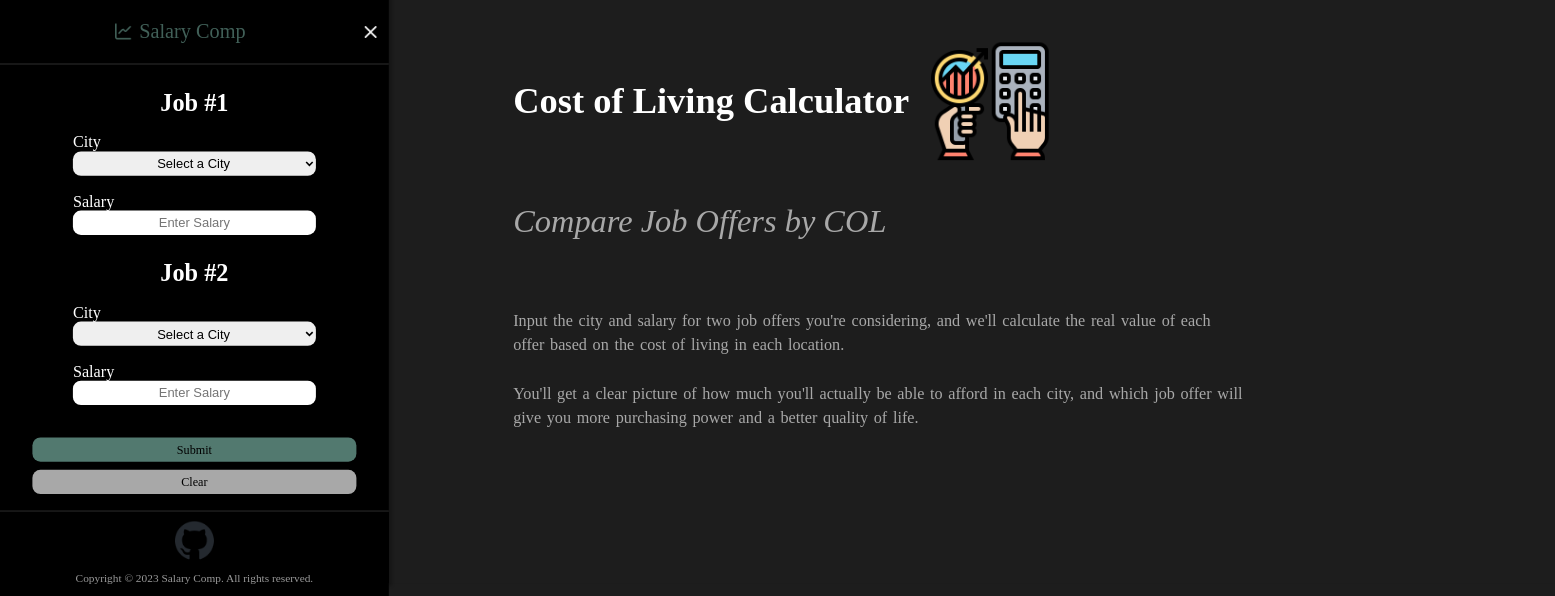
Repository: robbymcd/Salary-Comp
Page: /
These files come from the project's save history. The page is drawn as it stood at one moment and after the next save; the edit follows.
The browser window is 1920 px wide. The pictures show the whole page, at 81% of full size.
Some web fonts or font styles are not loaded; a fallback is used. The project was rebuilt for these pictures with package versions that can differ from the ones it lists, and the page was loaded fresh each time. Also part of the build but not shown: src/Main.css, src/Main.js.

Above is the page before, as saved 2023-06-16 11:11:14.

### public/index.html
<!DOCTYPE html>
<html lang="en">
  <head>
    <meta charset="utf-8" />
    <link rel="icon" href="%PUBLIC_URL%/favicon.ico" />
    <meta name="viewport" content="width=device-width, initial-scale=1" />
    <meta name="theme-color" content="#000000" />
    <meta
      name="description"
      content="Compare Job Offers by COL"
    />
    <link rel="apple-touch-icon" href="%PUBLIC_URL%/logo192.png" />
    <!--
      manifest.json provides metadata used when your web app is installed on a
      user's mobile device or desktop. See https://developers.google.com/web/fundamentals/web-app-manifest/
    -->
    <link rel="manifest" href="%PUBLIC_URL%/manifest.json" />
    <!--
      Notice the use of %PUBLIC_URL% in the tags above.
      It will be replaced with the URL of the `public` folder during the build.
      Only files inside the `public` folder can be referenced from the HTML.

      Unlike "/favicon.ico" or "favicon.ico", "%PUBLIC_URL%/favicon.ico" will
      work correctly both with client-side routing and a non-root public URL.
      Learn how to configure a non-root public URL by running `npm run build`.
    -->
    <title>Salary Comp</title>
  </head>
  <body>
    <noscript>You need to enable JavaScript to run this app.</noscript>
    <div id="root"></div>
    <!--
      This HTML file is a template.
      If you open it directly in the browser, you will see an empty page.

      You can add webfonts, meta tags, or analytics to this file.
      The build step will place the bundled scripts into the <body> tag.

      To begin the development, run `npm start` or `yarn start`.
      To create a production bundle, use `npm run build` or `yarn build`.
    -->
  </body>
</html>

### src/index.css
body {
  margin: 0;
  font-family: -apple-system, BlinkMacSystemFont, 'Segoe UI', 'Roboto', 'Oxygen',
    'Ubuntu', 'Cantarell', 'Fira Sans', 'Droid Sans', 'Helvetica Neue',
    sans-serif;
  -webkit-font-smoothing: antialiased;
  -moz-osx-font-smoothing: grayscale;
  height: 100%;
  width: 100%;
}

html {
  height: 100%;
  width: 100%;
  background-color: #1D1D1D;
}

code {
  font-family: source-code-pro, Menlo, Monaco, Consolas, 'Courier New',
    monospace;
}

### src/App.js
import React, { useState } from 'react';
import './App.css';
import Sidebar from './Sidebar.js';
import Content from './Content.js';

function App() {
  const [isSubmitted, setIsSubmitted] = useState(false);
  const [cityCOL1, setCityCOL1] = useState('');
  const [cityCOL2, setCityCOL2] = useState('');
  const [cityName1, setCityName1] = useState('');
  const [cityName2, setCityName2] = useState('');
  const [salary1, setSalary1] = useState('');
  const [salary2, setSalary2] = useState('');

  const handleFormSubmit = (formData) => {
    setIsSubmitted(true);
    setCityCOL1(formData.cityCOL1);
    setCityCOL2(formData.cityCOL2);
    setCityName1(formData.cityName1);
    setCityName2(formData.cityName2);
    setSalary1(formData.salary1);
    setSalary2(formData.salary2);
  };

  return (
    <div className="main">
        <Sidebar onFormSubmit={handleFormSubmit}/>
        <Content isSubmitted={isSubmitted} cityCOL1={cityCOL1} cityCOL2={cityCOL2} cityName1={cityName1} cityName2={cityName2} salary1={salary1} salary2={salary2} />
    </div>
  );
}

export default App;

### src/App.css
.main {
    display: flex;
    flex-direction: row;
    height: 200%;
    width: 100%;
    background-color: #1D1D1D;
}

### src/Sidebar.js
import React, { useState, useRef } from 'react';
import plus from './plus.png';
import './Sidebar.css';
import chart from './chart.png';
import github from './github.png';
import x from './x.png';
import './OpenSidebar.css';
import './Select.css';

export default function Sidebar( { onFormSubmit } ) {
    const [isOpen, setIsOpen] = useState(true);
    const [isClosed, setIsClosed] = useState(false);

    const [city1, setCity1] = useState('0');
    const [city2, setCity2] = useState('0');

    const [salary1, setSalary1] = useState('');
    const [salary2, setSalary2] = useState('');


    const [error, setError] = useState(false);

    const selectRef1 = useRef(null);
    const selectRef2 = useRef(null);

    const formatSalary = (salary) => {
        salary = salary.replace(/[^0-9]/g, '');

        // Convert the salary to a number and format it with commas
        const formattedSalary = Number(salary).toLocaleString();

        // Add the '$' symbol
        return '$' + formattedSalary;
    }

    const openSidebar = () => {
        setIsOpen(true);
        setIsClosed(false);
    }

    const closeSidebar = () => {
        setIsOpen(false);
        setIsClosed(true);
    }

    const city1ChangeHandler = (event) => {
        setCity1(event.target.value)
    }

    const city2ChangeHandler = (event) => {
        setCity2(event.target.value);
    }


    const salary1ChangeHandler = (event) => {
        const inputValue = event.target.value;
        const formattedValue = formatSalary(inputValue);
        const regex = /\d/;

        if (regex.test(formattedValue[formattedValue.length - 1])) {
          setSalary1(formattedValue);
        } else {
            setSalary1(formattedValue.slice(0, formattedValue.length - 1));
        }
      }


    const salary2ChangeHandler = (event) => {
        const inputValue = event.target.value;
        const formattedValue = formatSalary(inputValue);
        const regex = /\d/;
        if (regex.test(formattedValue[formattedValue.length - 1])) {
            setSalary2(formattedValue);
        } else {
            setSalary2(formattedValue.slice(0, formattedValue.length - 1));
        }
    }

    const refresh = () => {
        window.location.reload(false);
    }

    const submitHandler = (event) => {
        event.preventDefault();
        if (city1 === '0' | city2 === '0' | salary1 === '' | salary2 === '') {
            setError(true);
            return;
        }
        setError(false);
        const formData = {
            cityCOL1: city1,
            cityCOL2: city2,
            cityName1: selectRef1.current.options[selectRef1.current.selectedIndex].text,
            cityName2: selectRef2.current.options[selectRef2.current.selectedIndex].text,
            salary1: salary1,
            salary2: salary2
        };
        onFormSubmit(formData);
    }

    const clearHandler = (event) => {
        event.preventDefault();
        setError(false);
        setCity1('0');
        setCity2('0');
        setSalary1('');
        setSalary2('');
    }

    return (
        <div className="sidebar">
            {isClosed && (
                <div className='closed-sidebar'>
                <img
                    className="plusIcon"
                    src={plus}
                    alt="plus"
                    onClick={openSidebar}
                />
            </div>
            )}
            {isOpen && (
                <div className='open-sidebar'>
                <div className='sidebar-header'>
                    <div className='logo' onClick={refresh}>
                        <img className='chart' src={chart} alt='Chart'></img>
                        <p>Salary Comp</p>
                    </div>
                    <img className='x' src={x} alt='x' onClick={closeSidebar}></img>
                </div>
                <form className='form' onSubmit={onFormSubmit}>
                    <h1>Job #1</h1>
                    <div className='city'>
                        <label>City</label>
                        <div className="select-main">
                            <select ref={selectRef1} value={city1} className='select-input' onChange={city1ChangeHandler}>
                                <option value='0'>Select a City</option>
                                <option value='89.1'>Abilene, TX</option>
                                <option value='90.5'>Adrian, MI</option>
                                <option value='89.4'>Akron, OH</option>
                                <option value='85.8'>Alamogordo, NM</option>
                                <option value='87.3'>Albany, GA</option>
                                <option value='105.4'>Albany, OR</option>
                                <option value='100.1'>Albany, NY</option>
                                <option value='90.9'>Albertville, AL</option>
                                <option value='92.9'>Albuquerque, NM</option>
                                <option value='86.2'>Alexandria, LA</option>
                                <option value='98.9'>Allentown, PA</option>
                                <option value='90.8'>Altoona, PA</option>
                                <option value='88.2'>Amarillo, TX</option>
                                <option value='91.5'>Ames, IA</option>
                                <option value='110.7'>Anchorage, AK</option>
                                <option value='99.3'>Ann Arbor, MI</option>
                                <option value='85.7'>Anniston, AL</option>
                                <option value='90.7'>Appleton, WI</option>
                                <option value='103.3'>Asheville, NC</option>
                                <option value='87.4'>Ashtabula, OH</option>
                                <option value='88.5'>Athens, OH</option>
                                <option value='92.9'>Athens, TX</option>
                                <option value='95'>Athens, GA</option>
                                <option value='100.3'>Atlanta, GA</option>
                                <option value='102'>Atlantic City, NJ</option>
                                <option value='93.7'>Auburn, NY</option>
                                <option value='91.9'>Auburn, AL</option>
                                <option value='91.6'>Augusta, GA</option>
                                <option value='100'>Augusta, ME</option>
                                <option value='106.6'>Austin, TX</option>
                                <option value='102.9'>Bakersfield, CA</option>
                                <option value='107'>Baltimore, MD</option>
                            </select>
                        </div>
                    </div>
                    <div className='salary'>
                        <label>Salary</label>
                        <input className='salary-input' type='text' placeholder='Enter Salary' onChange={salary1ChangeHandler} value={salary1}></input>
                    </div>
                    <h1>Job #2</h1>
                    <div className='city'>
                        <label>City</label>
                        <div className="select-main">
                            <select ref={selectRef2} value={city2} className='select-input' onChange={city2ChangeHandler}>
                                <option value='0'>Select a City</option>
                                <option value='89.1'>Abilene, TX</option>
                                <option value='90.5'>Adrian, MI</option>
                                <option value='89.4'>Akron, OH</option>
                                <option value='85.8'>Alamogordo, NM</option>
                                <option value='87.3'>Albany, GA</option>
                                <option value='105.4'>Albany, OR</option>
                                <option value='100.1'>Albany, NY</option>
                                <option value='90.9'>Albertville, AL</option>
                                <option value='92.9'>Albuquerque, NM</option>
                                <option value='86.2'>Alexandria, LA</option>
                                <option value='98.9'>Allentown, PA</option>
                                <option value='90.8'>Altoona, PA</option>
                                <option value='88.2'>Amarillo, TX</option>
                                <option value='91.5'>Ames, IA</option>
                                <option value='110.7'>Anchorage, AK</option>
                                <option value='99.3'>Ann Arbor, MI</option>
                                <option value='85.7'>Anniston, AL</option>
                                <option value='90.7'>Appleton, WI</option>
                                <option value='103.3'>Asheville, NC</option>
                                <option value='87.4'>Ashtabula, OH</option>
                                <option value='88.5'>Athens, OH</option>
                                <option value='92.9'>Athens, TX</option>
                                <option value='95'>Athens, GA</option>
                                <option value='100.3'>Atlanta, GA</option>
                                <option value='102'>Atlantic City, NJ</option>
                                <option value='93.7'>Auburn, NY</option>
                                <option value='91.9'>Auburn, AL</option>
                                <option value='91.6'>Augusta, GA</option>
                                <option value='100'>Augusta, ME</option>
                                <option value='106.6'>Austin, TX</option>
                                <option value='102.9'>Bakersfield, CA</option>
                                <option value='107'>Baltimore, MD</option>
                            </select>
                        </div>
                    </div>
                    <div className='salary'>
                        <label>Salary</label>
                        <input className='salary-input' type='text' placeholder='Enter Salary' onChange={salary2ChangeHandler} value={salary2}></input>
                        {error && <p className='error'>Please fill out all fields</p>}
                    </div>
                    <div className='button-container'>
                        <div className='submit-container'>
                            <button className='submit' onClick={submitHandler} type='submit'>Submit</button>
                        </div>
                        <div className='clear-container'>
                            <button className='clear' onClick={clearHandler}>Clear</button>
                        </div>
                    </div>
                </form>
                <div className='footer'>
                    <img className='github' src={github} alt='github'></img>
                    <p className='copyright'>Copyright © 2023 Salary Comp. All rights reserved.</p>
                </div>
            </div>
            )}
        </div>
    );
}

### src/Content.js
import React from 'react';
import './Content.css';
import Instruction from './Instruction.js';
import Main from './Main.js';

export default function Content({ isSubmitted ,cityCOL1 ,cityCOL2, cityName1, cityName2 , salary1, salary2 }) {

    return (
        <div className='Content-container'>
            {isSubmitted ? <Main cityCOL1={cityCOL1} cityCOL2={cityCOL2} cityName1={cityName1} cityName2={cityName2} salary1={salary1} salary2={salary2}/> : <Instruction />}
        </div>
    );
}

### src/Sidebar.css
@import url('https://fonts.googleapis.com/css?family=Roboto-Mono');
@import url('https://fonts.googleapis.com/css?family=Mukta-Vaani');
.sidebar {
    display: flex;
    height: 100vh;
    width: fit-content;
}

.closed-sidebar {
    display: flex;
    height: 100vh;
    width: fit-content;
    margin-right: 22vw;
}

.plusIcon {
    height: 30px;
    width: 30px;
    margin-left: 20px;
    align-self: center;
    cursor: pointer;
}

.plusIcon:hover {
    opacity: 0.5;
}

.error {
    display: flex;
    font-size: 15px;
    margin-bottom: -15px;
    color: #BA1F33;
}

.button-container {
    display: flex;
    flex-direction: column;
    gap: 10px;
    margin-top: 20px;
}

.submit-container {
    display: flex;
}

.submit {
    height: 30px;
    width: clamp(100px, 20vw, 300px);
    border-radius: 10px;
    border: none;
    outline: none;
    cursor: pointer;
    background-color: #52796F;
    font-family: Mukta Vaani;
    font-size: 15px;
    color: #000;
    box-shadow: 0px 4px 4px rgba(0, 0, 0, 0.25);
}

.submit:hover {
    opacity: 0.8;
}

.clear-container {
    display: flex;
}

.clear {
    height: 30px;
    width: clamp(100px, 20vw, 300px);
    border-radius: 10px;
    border: none;
    outline: none;
    cursor: pointer;
    background-color: #a8a8a8;
    font-family: Mukta Vaani;
    font-size: 15px;
    color: #000;
    box-shadow: 0px 4px 4px rgba(0, 0, 0, 0.25);
}

.clear:hover {
    opacity: 0.8;
}

@media screen and (min-width: 1650px) {
    .submit {
        width: 400px;
    }

    .clear {
        width: 400px;
    }
}

### src/OpenSidebar.css
@import url('https://fonts.googleapis.com/css?family=Roboto-Mono');
@import url('https://fonts.googleapis.com/css?family=Mukta-Vaani');

.open-sidebar {
    display: flex;
    flex-direction: column;
    height: 100vh;
    width: 25vw;
    background-color: #000;
    box-shadow: 0px 0px 4px 4px rgba(0, 0, 0, 0.25);
    margin-right: 8vw;
    transition: transform 0.3s ease-in-out;
}

.sidebar-header {
    display: flex;
    width: 25vw;
    border-bottom: 2px solid #1d1d1d;
    justify-content: space-between;
    align-items: center;
}

.sidebar-wrapper {
    display: inline-block;
}

.centering {
    display: flex;
    flex-direction: row;
    width: 100%;
    align-self: center;
    align-items: center;
    justify-content: center;
}

.logo {
    display: flex;
    flex-direction: row;
    width: 100%;
    align-items: center;
    justify-content: center;
    gap: 10px;
    cursor: pointer;
}

.logo:hover {
    opacity: .8;
}

.logo p {
    font-family: Roboto Mono;
    color: #52796F;
    font-size: 25px;
}

.chart {
    height: 20px;
    width: 20px;
}

.city {
    display: flex;
    flex-direction: column;
    font-family: Mukta Vaani;
    font-style: normal;
    font-weight: 300;
    font-size: 20px;
    color: #fff;
}

.salary{
    display: flex;
    flex-direction: column;
    font-family: Mukta Vaani;
    font-style: normal;
    font-weight: 300;
    font-size: 20px;
    color: #fff;
}

.salary label {
    display: flex;
    justify-self: center;
}

.form {
    display: flex;
    flex-direction: column;
    font-family: Mukta Vaani;
    height: fit-content;
    align-items: center;
    gap: 20px;
    border-bottom: 2px solid #1d1d1d;
    justify-content: center;
    padding: 20px;
}

.form h1 {
    color: #fff;
    font-family: Roboto Mono;
    font-size: 30px;
    font-weight: 700;
    font-style: normal;
    text-align: center;
    margin-top: 10px;
    margin-bottom: 0px;
}

select {
    cursor: pointer;
}

input {
    text-decoration: none;
    height: 30px;
    width: clamp(100px, 20vw, 300px);
    border-radius: 10px;
    outline: none;
    border: none;
    padding: 0;
    text-align: center;
    font-size: 16px;
    cursor: pointer;
}

.salarycomp {
    height: 80px;
    width: 360px;
}

.x {
    height: 25px;
    width: 25px;
    cursor: pointer;
    margin-right: 10px;
}

.x:hover {
    opacity: 0.5;
    transition: ease-in-out 0.2s;
}

.footer {
    display: flex;
    flex-direction: column;
    align-items: center;
    justify-content: center;
    width: 100%;
    background-color: #000;
}

.footer p {
    color: #fff;
    opacity: .6;
    font-family: 'Mukta Vaani';
    font-style: normal;
    font-weight: 300;
    font-size: 14px;
}

.hiw {
    text-decoration: underline;
    cursor: pointer;
}

.hiw:hover {
    opacity: 0.5;
}

.github {
    height: 50px;
    width: 50px;
    margin-top: 10px;
    cursor: pointer;
}

.github:hover {
    opacity: 0.8;
}

@media screen and (max-width: 1000px) {
    .footer p {
        font-size: 10px;
    }
}

@media screen and (min-width: 1300px) {

}

### src/Select.css
.select-main {
    text-decoration: none;
    height: 30px;
    width: clamp(100px, 20vw, 300px);
    border-radius: 10px;
    outline: none;
    text-align: center;
    font-size: 16px;
}

.select-main select {
    text-align: center;
    text-decoration: none;
    outline: none;
    border: none;
    height: 30px;
    width: clamp(100px, 20vw, 300px);
    border-radius: 10px;
    font-size: 16px;
    padding-left: 10px;
}

### src/Content.css
@import url('https://fonts.googleapis.com/css?family=Kadwa');
@import url('https://fonts.googleapis.com/css?family=Hind-Madurai');

.Content-container {
    display: flex;
    width: 100%;
}

.header {
    display: flex;
    flex-direction: row;
    align-items: center;
    margin-top: 50px;
    gap: 25px;
}

.content h1 {
    font-family: Kadwa;
    font-weight: bold;
    font-size: 45px;
    height: 100%;
    margin: 0;
}

.content h2 {
    font-family: Hind Madurai;
    font-size: 40px;
    color: #a8a8a8;
    margin-top: 50px;
    width: 75%;
    font-weight: 500;
    font-style: italic;
}

.content p {
    display: flex;
    width: 50vw;
    font-family: Hind Madurai;
    font-size: 20px;
    color: #a8a8a8;
    word-spacing: 2px;
    line-height: 1.5;
    margin-top: 50px;
    width: 70%;
}

.content {
    display: flex;
    flex-direction: column;
    color: #fff;
    height: fit-content;
    width: 100%;
    justify-items: center;
}

.calculator {
    display: flex;
    height: 150px;
    width: 150px;
}

### src/Instruction.js
import calculator from './calculator.png';

export default function Instruction() {
    return (
        <div className="content">
            <div className="header">
                <h1>Cost of Living Calculator</h1>
                <img className="calculator" src={calculator} alt='calculator'></img>
            </div>
            <h2>Compare Job Offers by COL</h2>
            <p>Input the city and salary for two job offers you're considering, and we'll calculate the real value of each offer based on the cost of living in each location.<br/><br/>You'll get a clear picture of how much you'll actually be able to afford in each city, and which job offer will give you more purchasing power and a better quality of life.
            </p>
        </div>
    );
}

Loaded but not shown: src/index.js (common file); src/reportWebVitals.js (common file)

After the next save:
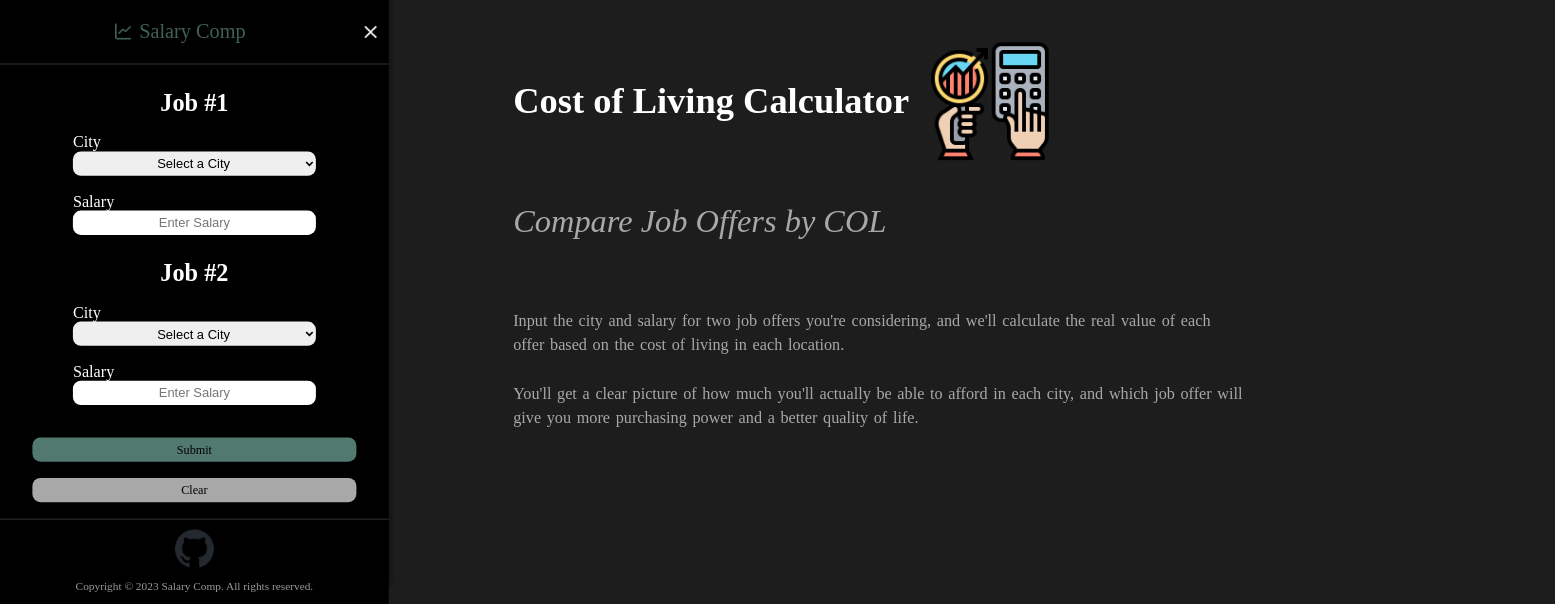
Saved 4 min 26 s later.
--- a/src/Sidebar.css
+++ b/src/Sidebar.css
@@ -91,4 +91,8 @@
     .clear {
         width: 400px;
     }
+
+    .button-container {
+        gap: 20px;
+    }
 }
